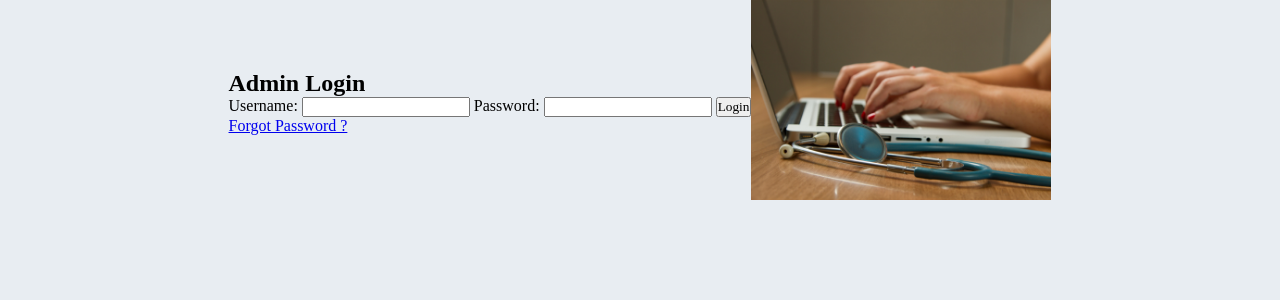
Repository: GauraVPandeyyy/Final-Neuro-dentica
Page: http://localhost/Admin-Panel/login.php
These files come from the project's save history. The page is drawn as it stood at one moment and after a run of saves; the edit follows.
The browser window is 1280 px wide. The pictures show the whole page.
The page is run by PHP 8.4 with error messages shown; the project is at /var/www/html/.

Above is the page before, as saved 2024-11-10 19:08:32.

### Admin-Panel/login.php
<!DOCTYPE html>
<html lang="en">

<head>
    <meta charset="UTF-8">
    <title>Admin Login</title>
    <link rel="stylesheet" href="login.css">
</head>

<body>
    <div class="container">
        <div class="myForm">
            <h2>Admin Login</h2>
            <form method="POST">
                <label for="username">Username:</label>
                <input type="text" name="username" id="username" required>

                <label for="password">Password:</label>
                <input type="password" name="password" id="password" required>

                <button type="submit" name="login">Login</button>

                <div class="extra">
                    <a href="#">Forgot Password ?</a>
                </div>
        </div>
        <div class="image">
            <img src="Admin-Panel\DoctorImage.jpg" alt="" width="300px">
        </div>
        </form>
    </div>
    <?php

    require("../config.php");

    if (isset($_POST['login'])) {


        $query = "SELECT * FROM `admin_users` WHERE `username` = '$_POST[username]' AND `password` = '$_POST[password]'";

        $result = mysqli_query($conn, $query);

        if (mysqli_num_rows($result) === 1) {
            session_start();
            $_SESSION['admin_logged_in'] = true;
            // $_SESSION['adminLoggedIn'] = $_POST['username'];
            header("Location: dashboard.php");
            exit();
        } else {
            echo "<script> alert('Incorrect Password');</script>";
        }
    }
    ?>

</body>

</html>

### config.php
<?php
$host = "localhost";
$user = "root";        // Default XAMPP username
$password = "";        // Default XAMPP password
$dbname = "mkappointmentdb"; // Your database name

$conn = new mysqli($host, $user, $password, $dbname);

if ($conn->connect_error) {
    die("Connection failed: " . $conn->connect_error);
}
?>

### Admin-Panel/login.css
*{
    padding: 0;
    margin: 0;
    box-sizing: border-box;
    font-family: poppins;
}
body{
    background-color: #e8edf2;
}
.container{
    display: flex;
    align-items: center;
    justify-content: center;
}

After the next 2 saves:
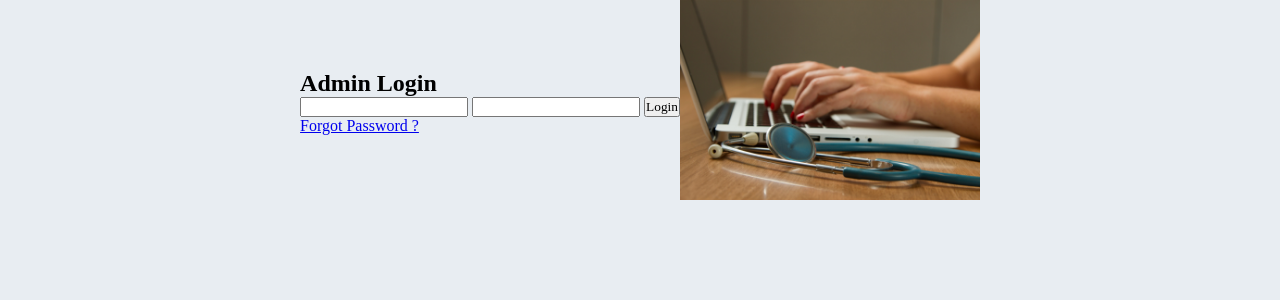
The 2 saves are shown as one change because they came seconds apart.
The last was saved 20 s later.
--- a/Admin-Panel/login.php
+++ b/Admin-Panel/login.php
@@ -12,10 +12,10 @@
         <div class="myForm">
             <h2>Admin Login</h2>
             <form method="POST">
-                <label for="username">Username:</label>
+                <!-- <label for="username">Username:</label> -->
                 <input type="text" name="username" id="username" required>
 
-                <label for="password">Password:</label>
+                <!-- <label for="password">Password:</label> -->
                 <input type="password" name="password" id="password" required>
 
                 <button type="submit" name="login">Login</button>
